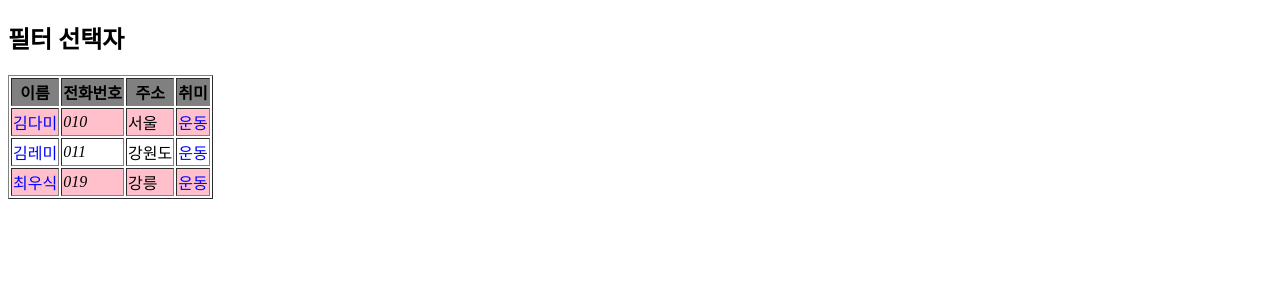
Repository: futuremirae/Dima_jquery
Page: http://localhost/filter
These files come from the project's save history. The page is drawn as it stood at one moment and after the next save; the edit follows.
The browser window is 1280 px wide. The pictures show the whole page.
The page is this project's Thymeleaf template; nobody is signed in. The template is opened directly, without the code that normally fills it, so the values that code supplies are empty.

Above is the page before, as saved 2024-03-19 03:45:53.

### jquery1/src/main/resources/templates/filter.html
<!DOCTYPE html>
<html lang="en" xmlns:th="http://www.thymeleaf.org">

<head>
    <title>필터선택자</title>
    <meta charset="UTF-8">
    <meta name="viewport" content="width=device-width, initial-scale=1.0">
    <style>

    </style>
    <script th:src="@{/script/jquery-3.7.1.min.js}"></script>
    <script>
        $(function () {
            $("tr:first").css("background-color", "gray"); //인덱스는 0번부터 시작이라는 것
            $("tr:odd").css("background-color", "pink"); //인덱스는 0번부터 시작이라는 것
            $("td:nth-child(3n+1)").css("color", "blue");
            $("td:nth-child(3n+2)").css("font-style", "italic");
        });


    </script>
</head>

<body>
    <h2>필터 선택자</h2>
    <table border="1">
        <tr>
            <th>이름</th>
            <th>전화번호</th>
            <th>주소</th>
            <th>취미</th>

        </tr>
        <tr>
            <td>김다미</td>
            <td>010</td>
            <td>서울</td>
            <td>운동</td>
        </tr>
        <tr>
            <td>김레미</td>
            <td>011</td>
            <td>강원도</td>
            <td>운동</td>
        </tr>
        <tr>
            <td>최우식</td>
            <td>019</td>
            <td>강릉</td>
            <td>운동</td>
        </tr>


    </table>


</body>

</html>

Loaded but not shown: jquery1/src/main/resources/static/script/jquery-3.7.1.min.js (library)

After the next save:
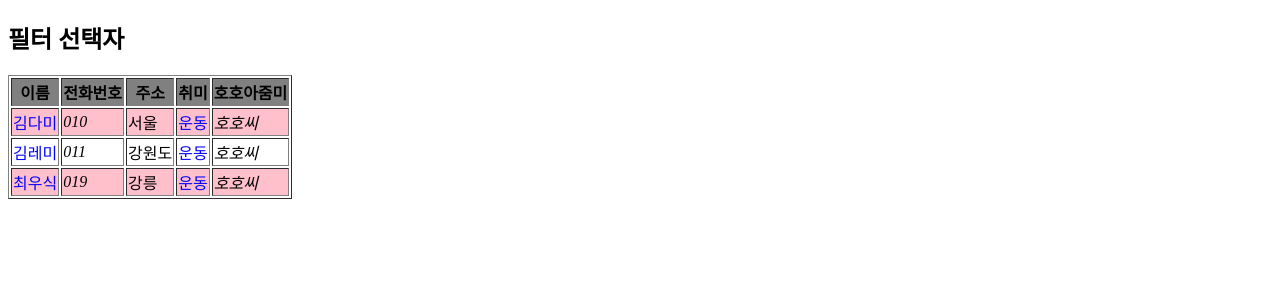
Saved 98 s later.
--- a/jquery1/src/main/resources/templates/filter.html
+++ b/jquery1/src/main/resources/templates/filter.html
@@ -29,6 +29,7 @@
             <th>전화번호</th>
             <th>주소</th>
             <th>취미</th>
+            <th>호호아줌미</th>
 
         </tr>
         <tr>
@@ -36,18 +37,21 @@
             <td>010</td>
             <td>서울</td>
             <td>운동</td>
+            <td>호호씨 </td>
         </tr>
         <tr>
             <td>김레미</td>
             <td>011</td>
             <td>강원도</td>
             <td>운동</td>
+            <td>호호씨 </td>
         </tr>
         <tr>
             <td>최우식</td>
             <td>019</td>
             <td>강릉</td>
             <td>운동</td>
+            <td>호호씨 </td>
         </tr>
 
 
